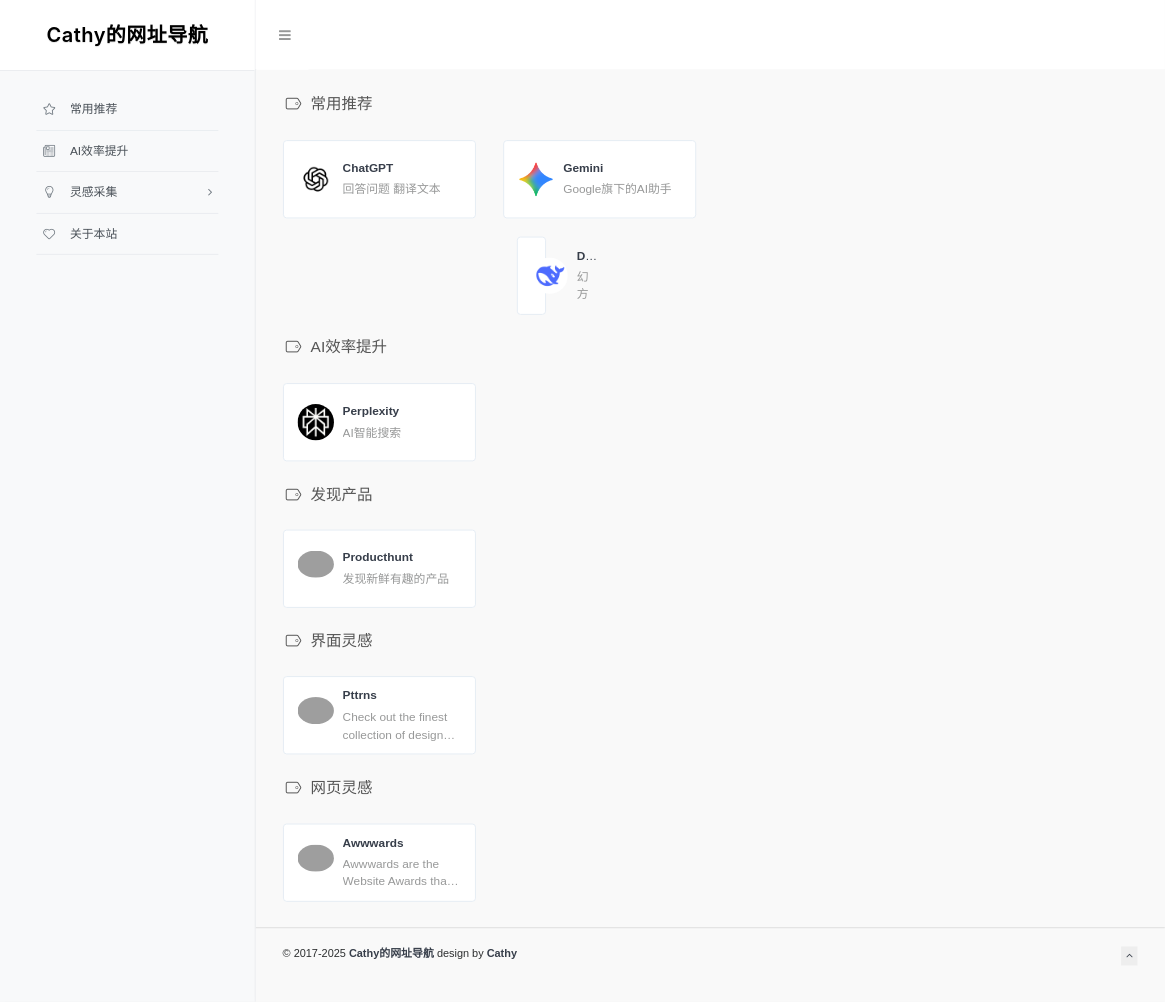
Repository: SweetPomelo0/AINav
Page: cn/index.html
The author's editor kept a copy of each file at every save. The page is drawn from the files as they stood at one save, then again after the next save.
The browser window is 1280 px wide. The pictures show the whole page, at 91% of full size.
Pictures or frames that could not be fetched are drawn as grey boxes.

Above is the page before, as saved 2025-07-24 23:04:36.

After the next save:
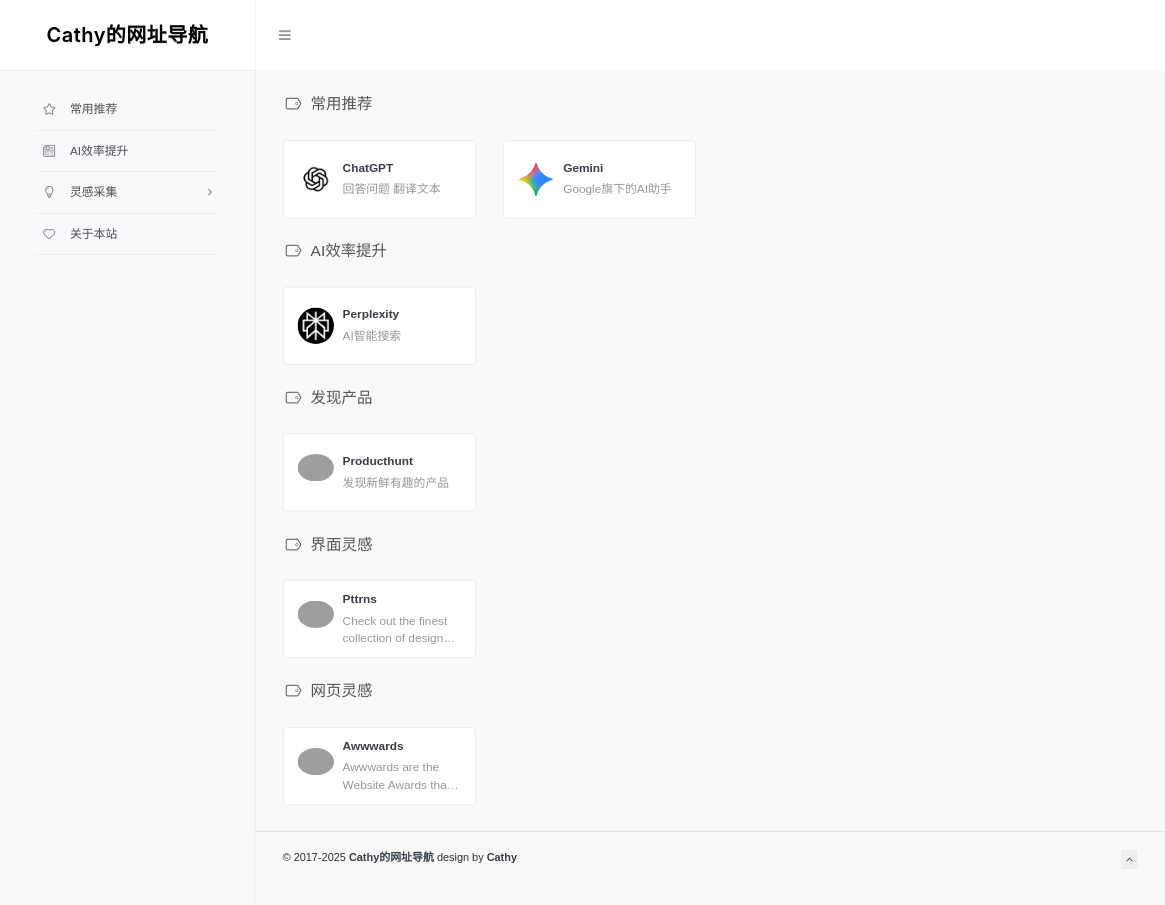
Saved 27 s later.
--- a/cn/index.html
+++ b/cn/index.html
@@ -337,34 +337,8 @@
               </div>
           </div>
 
-          <div class="col-sm-3">
-            <div
-              class="xe-widget xe-conversations box2 label-info"
-              onclick="window.open('https://chat.deepseek.com/', '_blank')"
-              data-toggle="tooltip"
-              data-placement="bottom"
-              title=""
-              data-original-title="https://chat.deepseek.com/"
-            >
-              <div class="xe-comment-entry">
-                <a class="xe-user-img">
-                  <img
-                    data-src="../assets/images/logos/deepseek.png"
-                    class="lozad img-circle"
-                    width="40"
-                  />
-                </a>
-                <div class="xe-comment">
-                  <a href="#" class="xe-user-name overflowClip_1">
-                    <strong> DeepSeek</strong>
-                  </a>
-                  <p class="overflowClip_2">
-                    幻方量化推出的AI智能助手和开源大模型
-                  </p>
-                </div>
-              </div>
-          </div>
-</div>
+
+
 
 
           </div>
